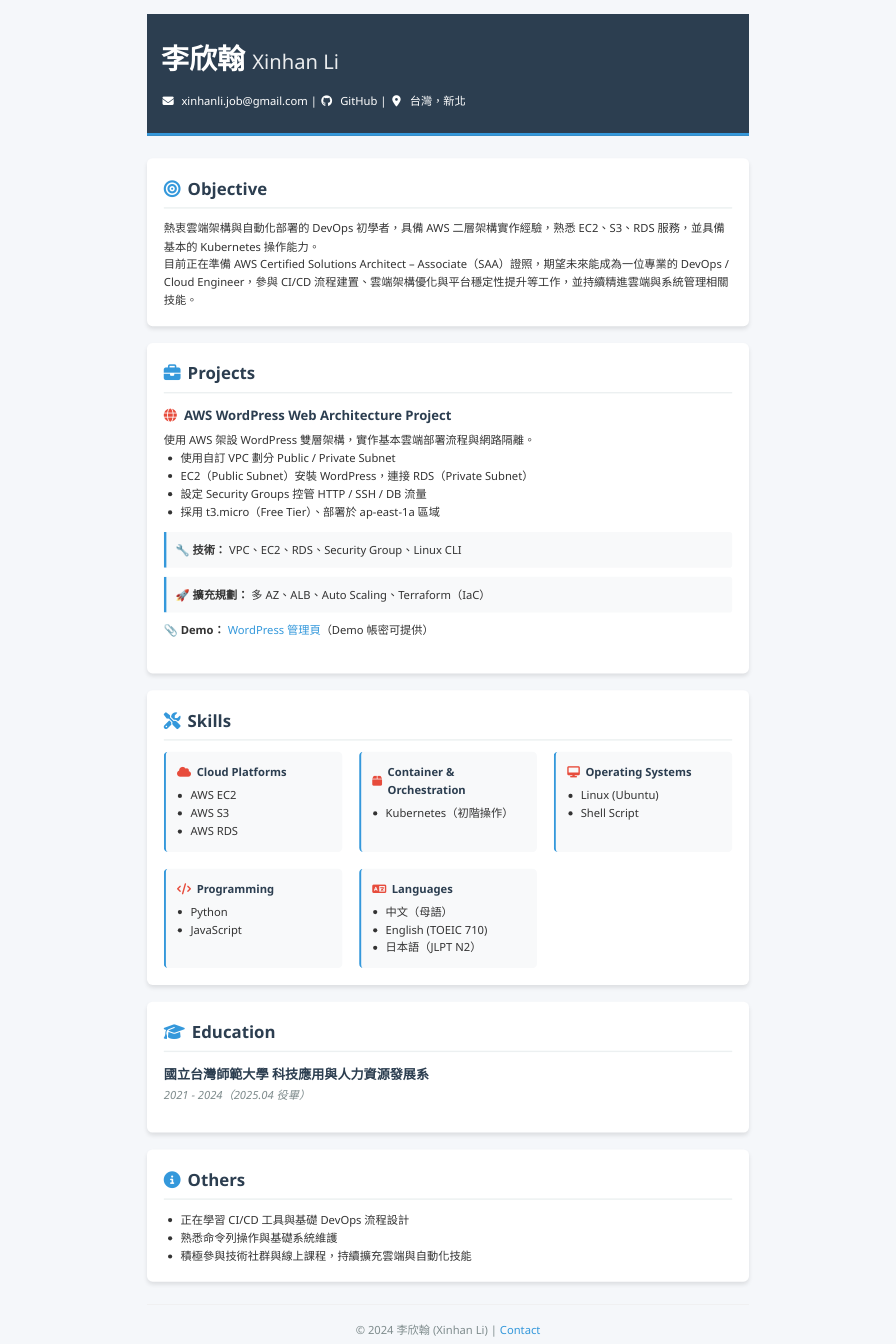
Repository: Graylee0128/aws-tf-ga-personal-website
Page: index.html
An editor plug-in stored every save of this project. The page is shown before and after the next save, followed by the edit.
The browser window is 1280 px wide. The pictures show the part of the page from y = 0 to 1920 px (the page is 1958 px tall before and 1983 px after), at 70% of full size.

Above is the page before, as saved 2025-04-19 11:09:08.

After the next save:
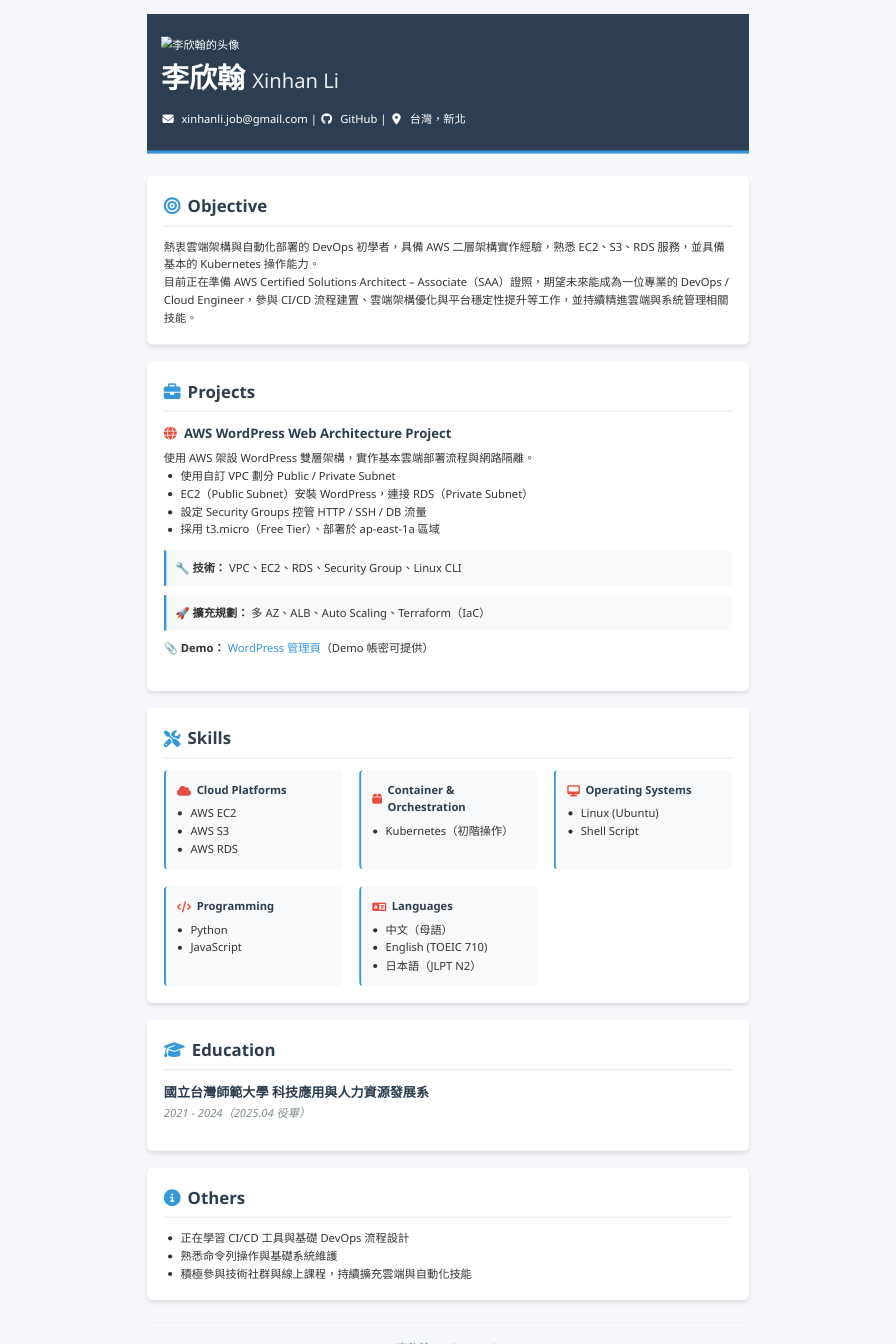
Not found: profile.jpg
Saved 12 min 29 s later.
--- a/index.html
+++ b/index.html
@@ -11,6 +11,9 @@
     <div class="container">
         <header>
             <div class="header-content">
+                <div class="avatar-container">
+                    <img src="profile.jpg" alt="李欣翰的头像" class="profile-avatar">
+                </div>
                 <h1>李欣翰 <span class="en-name">Xinhan Li</span></h1>
                 <div class="contact-info">
                     <p><i class="fas fa-envelope"></i> <a href="mailto:xinhanli.job@gmail.com">xinhanli.job@gmail.com</a> |

After the save that followed:
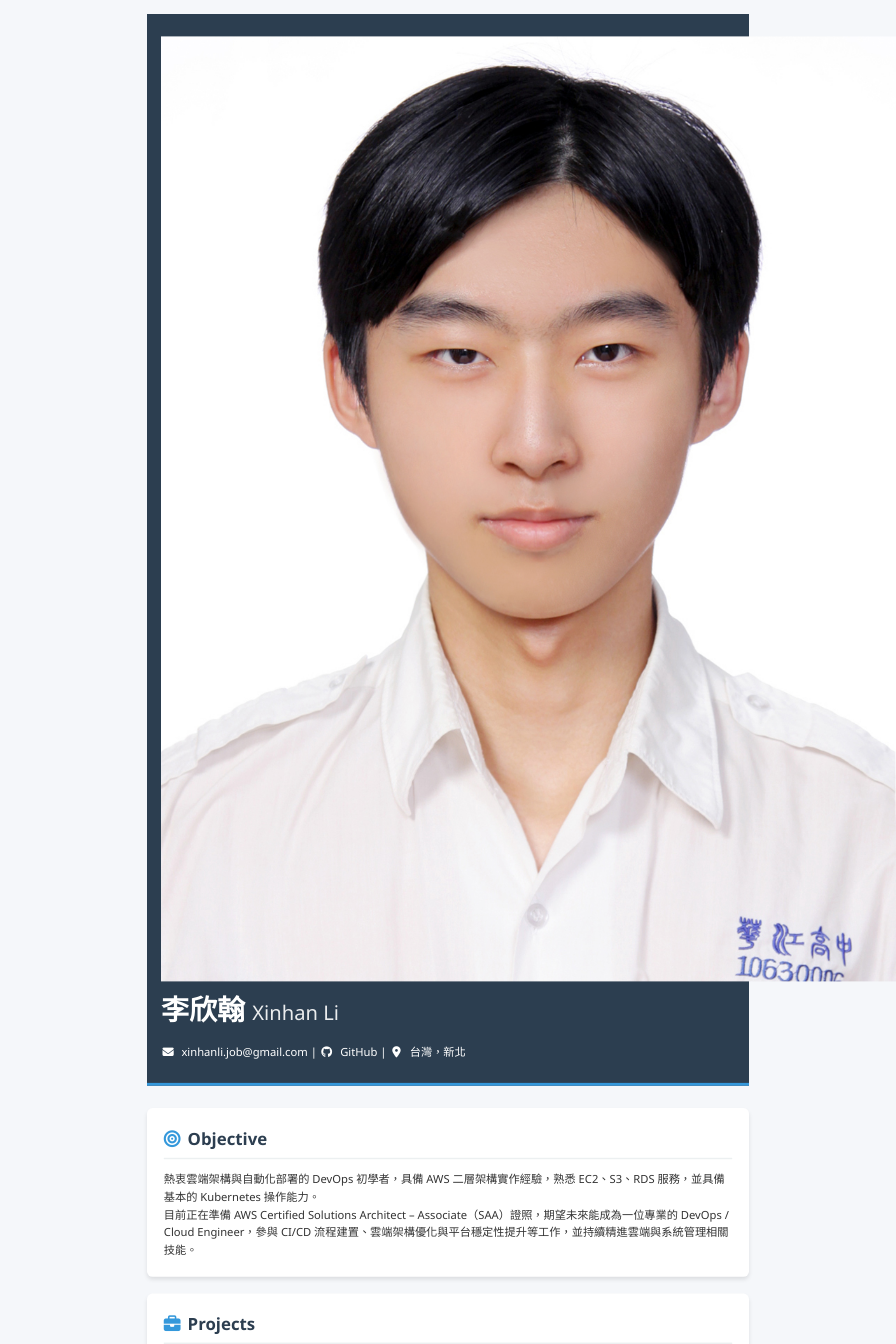
Saved 26 s later.
--- a/index.html
+++ b/index.html
@@ -12,7 +12,7 @@
         <header>
             <div class="header-content">
                 <div class="avatar-container">
-                    <img src="profile.jpg" alt="李欣翰的头像" class="profile-avatar">
+                    <img src="/image/head.JPG" alt="李欣翰的头像" class="profile-avatar">
                 </div>
                 <h1>李欣翰 <span class="en-name">Xinhan Li</span></h1>
                 <div class="contact-info">
